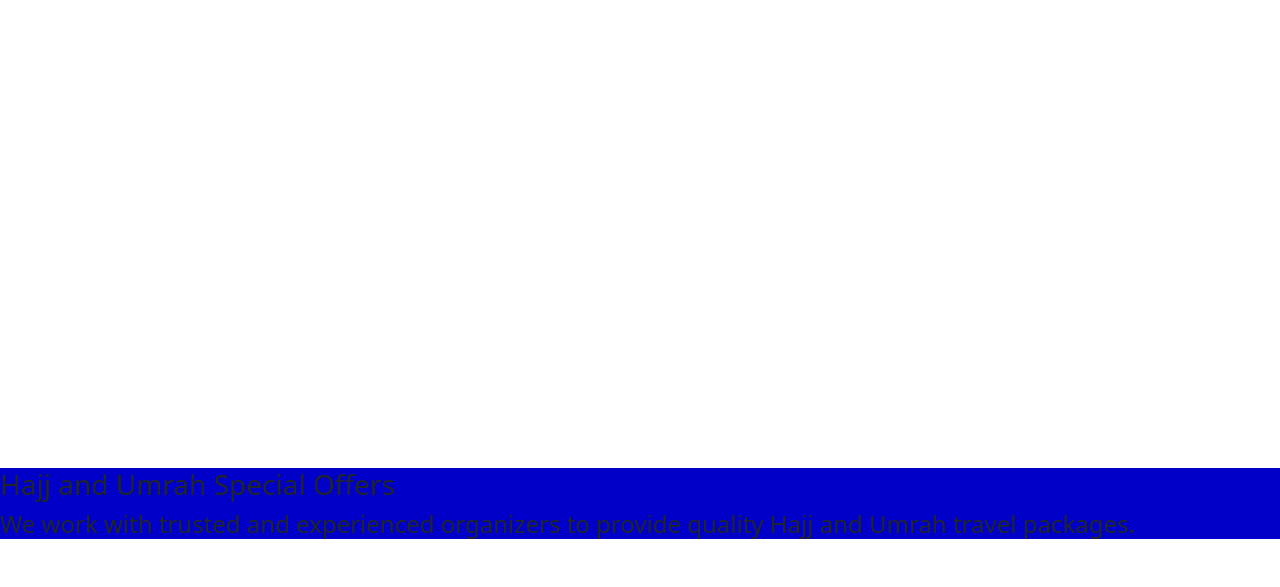
Repository: Putrabobi/Task7
Page: index.html
The author's editor kept a copy of each file at every save. The page is drawn from the files as they stood at one save, then again after the next save.
The browser window is 1280 px wide. The pictures show the part of the page from y = 2053 to 2669 px (the page is 2640 px tall before and 2669 px after).
A picture or video elsewhere on the page could not be fetched, so the positions and the page height are approximate.

Above is the page before, as saved 2024-03-25 13:39:49.

After the next save:
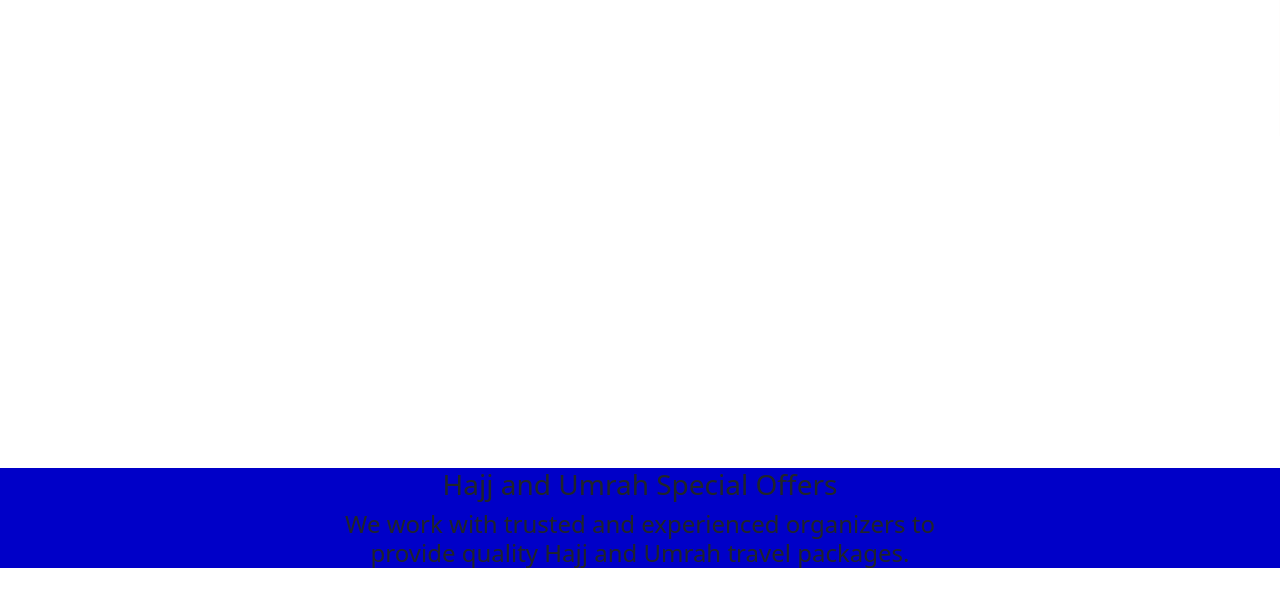
Saved 27 s later.
--- a/index.html
+++ b/index.html
@@ -110,8 +110,8 @@
 </div>
 </div>
 
-<div class="my-5" style="background-color: rgb(0, 0, 200);">
-    <div>
+<div class="my-5" style="background-color: rgb(0, 0, 200); text-align: center;">
+    <div style="margin: 0 auto; max-width: 600px;">
         <h3>Hajj and Umrah Special Offers</h3>
         <h4>We work with trusted and experienced organizers to provide quality Hajj and Umrah travel packages.</h4>
     </div>
@@ -124,6 +124,7 @@
 
 
 
+
 </body>
 
 </html>
